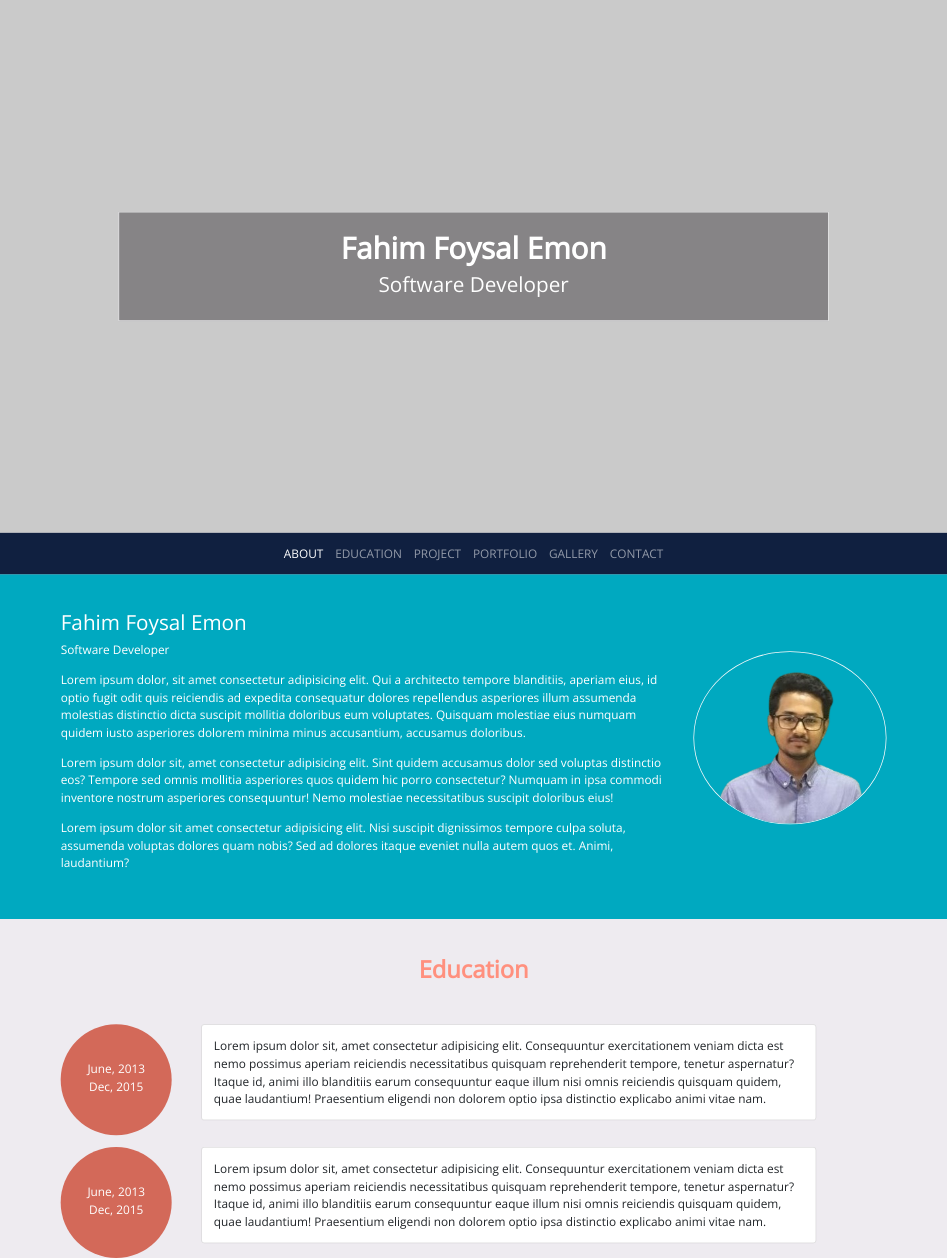
Repository: emowzz/emowzz.github.io
Page: index.html
An editor plug-in stored every save of this project. The page is shown before and after the next save, followed by the edit.
The browser window is 1280 px wide. The pictures show the whole page, at 74% of full size.
Some web libraries are served in a nearby version.

Above is the page before, as saved 2021-03-17 19:00:49.

After the next save:
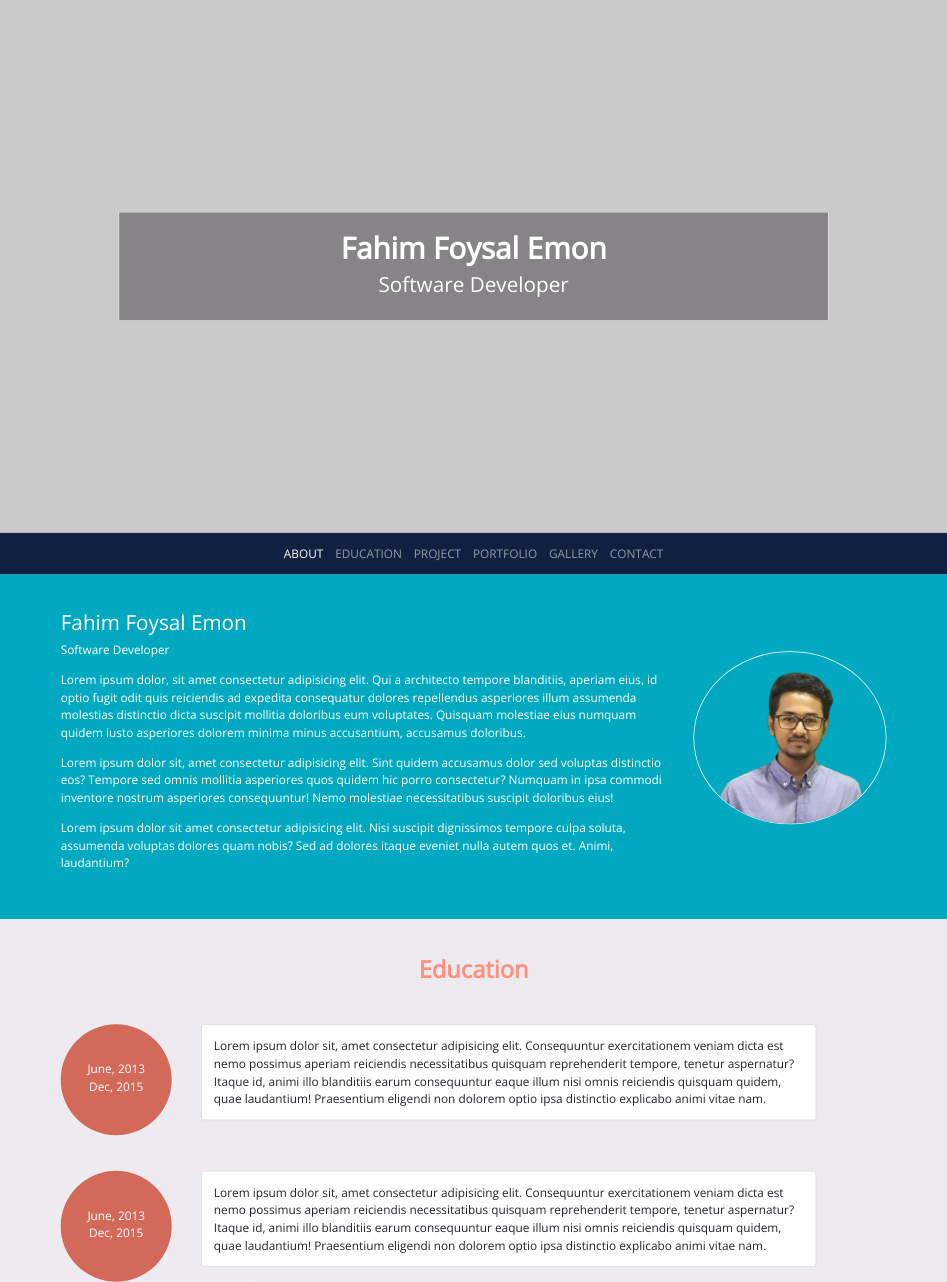
Saved 9 s later.
--- a/index.html
+++ b/index.html
@@ -125,7 +125,7 @@
 
       </div>
 
-      <div class="row mt-3">
+      <div class="row mt-5">
         <div class="col-md-2">
           <div class="circle text-center text-white">
             <p class="py-5">
